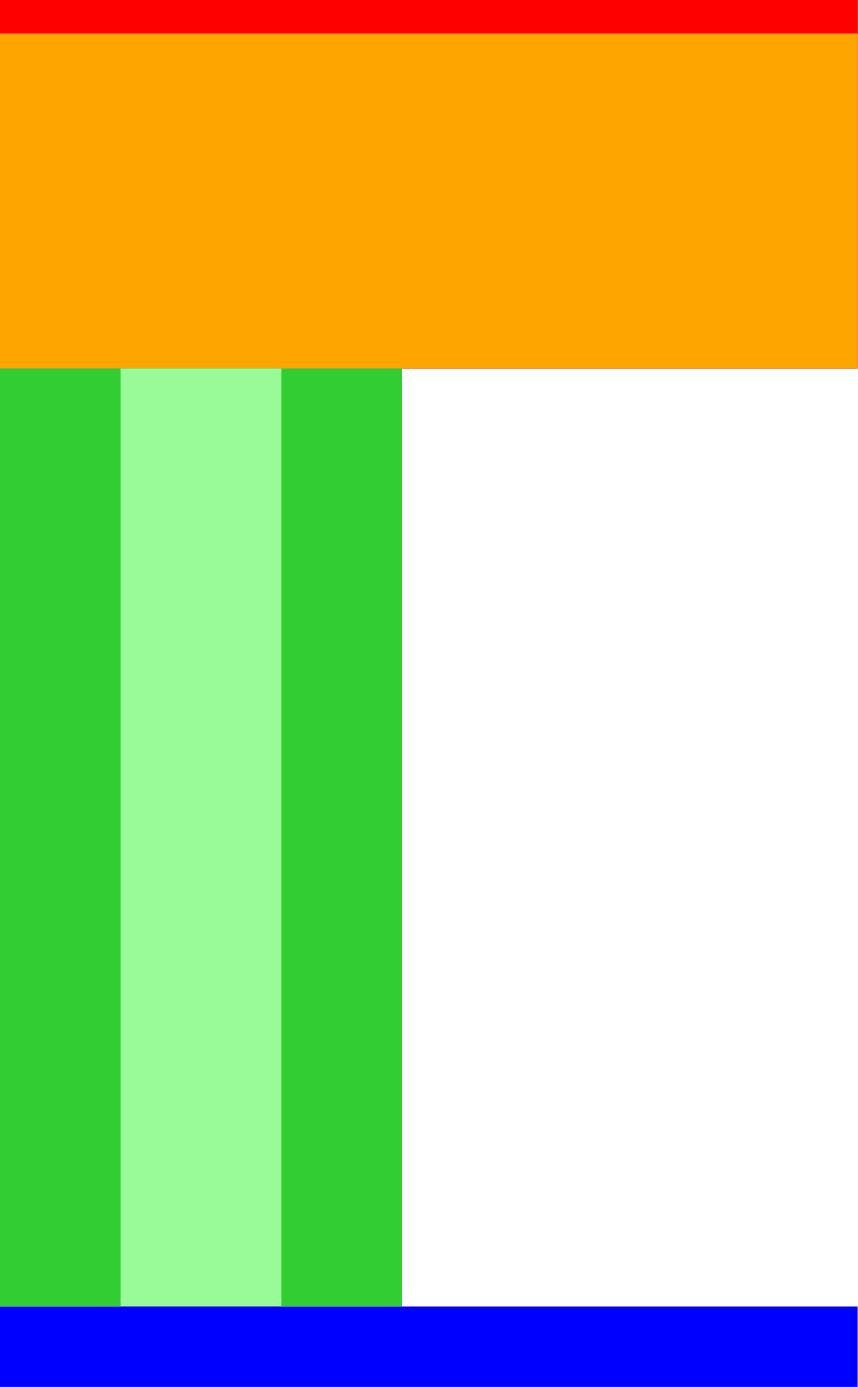
Repository: momopomi/htmlcss
Page: exercise/1-4.html
The author's editor kept a record of every edit. The page is drawn from the files as they stood at one moment, then again after the next edit.
The browser window is 1280 px wide. The pictures show the whole page, at 67% of full size.

Above is the page before.

### exercise/1-4.html
<!DOCTYPE html>
<html lang="ja">
  <head>
    <meta charset="UTF-8" />
    <!-- CSSファイルの読み込み -->
    <link rel="stylesheet" href="1-4.css" />
    <title>1-4</title>
  </head>

  <body>
    <!-- header用のdiv -->
    <div class="header">
      <div class="header-top"></div>
      <div class="header-bottom"></div>
    </div>


    <!-- main用のdiv -->
    <div class="main">
      <div class="blog">
        <div class="sidebar"></div>
      </div>
    </div>

    <!-- footer用のdiv -->
    <div class="footer"></div>
  </body>
</html>

### exercise/1-4.css
/* ブラウザがそれぞれ持っているCSSをリセットするための記述 */
* {
  margin: 0;
  padding: 0;
  box-sizing: border-box;
}

.header {
  width: 100%; /* 横幅いっぱい */
  height: 550px; /* 高さ120px */
  background-color: red; /* 背景色red */
}

.header-top {
  width: 100%; /* 横幅いっぱい */
  height: 50px; /* 高さ70px */
  background-color: red; /* 背景色hotpink */
}

.header-bottom {
  width: 100%; /* 横幅いっぱい */
  height: 500px; /* 高さ50px */
  background-color: orange; /* 背景色pink */
}

.blog {
  width: 600px; /* 横幅600px */
  height: 1400px; /* 高さ1400px */
  background-color: limegreen; /* 背景色limegreen */
}

.sidebar {
  width: 240px; /* 横幅240px */
  height: 1400px; /* 高さ1400px */
  background-color: palegreen; /* 背景色palegreen */
  display: flex; /* Flexboxの利用 */
  justify-content: center; /* 要素の横並び・中央寄せ */
  margin: 0 auto; /* 中央寄せ（左右に余白がないとできない） */
}

.footer {
  width: 100%; /* 横幅いっぱい */
  height: 120px; /* 高さ120px */
  background-color: blue; /* 背景色blue */
}

After the next edit:
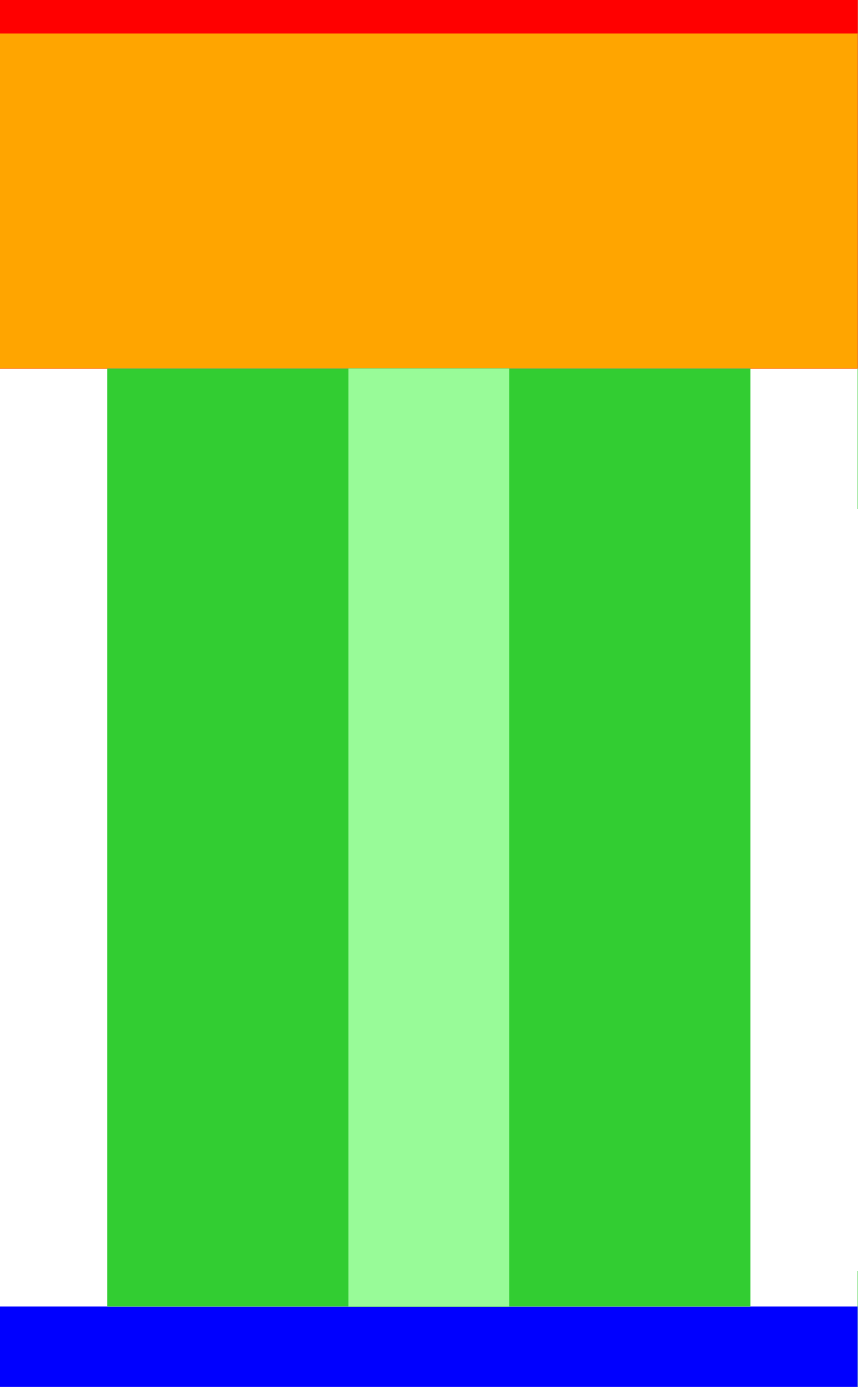
The edit:
--- a/exercise/1-4.css
+++ b/exercise/1-4.css
@@ -23,8 +23,15 @@
   background-color: orange; /* 背景色pink */
 }
 
+.main{
+  width: 100%; /* 横幅いっぱい */
+  height: 1400px; /* 高さ1400px（多めに設定） */
+  display: flex; /* Flexboxの利用 */
+  justify-content: center; /* 子要素の横並び・中央寄せ */
+}
+
 .blog {
-  width: 600px; /* 横幅600px */
+  width: 960px; /* 横幅600px */
   height: 1400px; /* 高さ1400px */
   background-color: limegreen; /* 背景色limegreen */
 }
